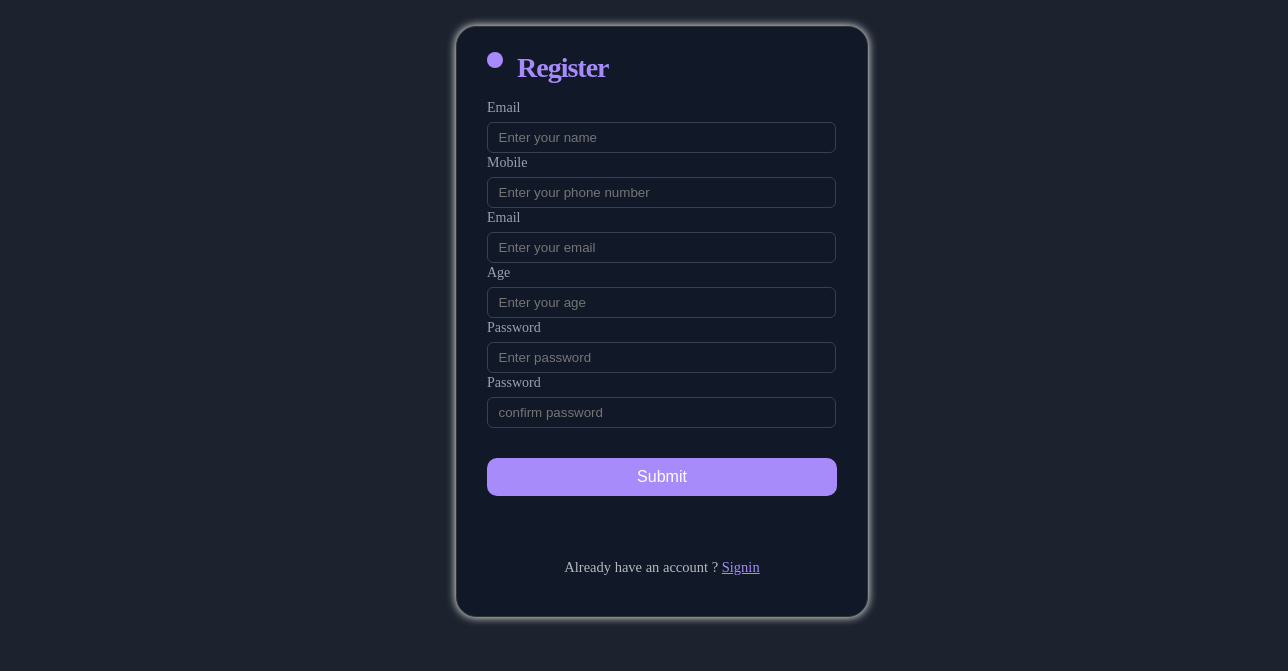
Repository: PeruriNaresh/Bank_Project
Page: http://localhost/bank_project/register.jsp
These files come from the project's save history. The page is drawn as it stood at one moment and after the next save; the edit follows.
The browser window is 1280 px wide. The page is 1288 px wide, then 1280 px, so the pictures cover 1288 px, including what lies to the right of the window. The pictures show the whole page.
The page is served by Tomcat 9.

Above is the page before, as saved 2024-10-24 17:16:01.

After the next save:
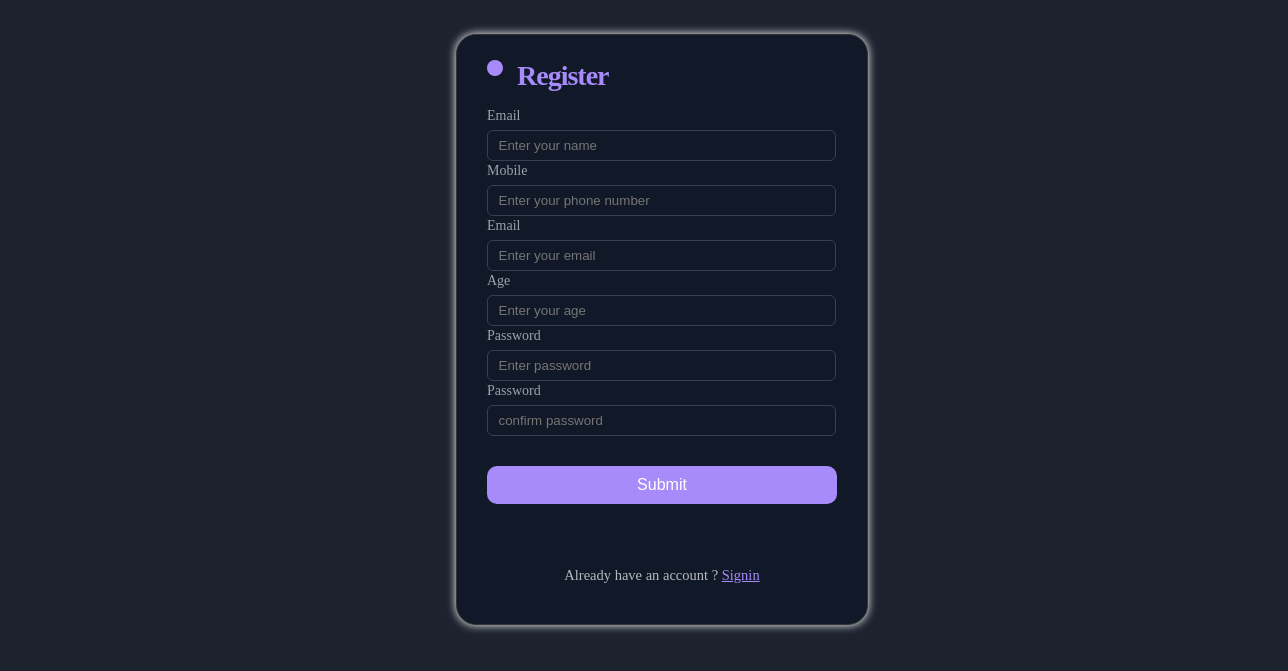
Saved 58 s later.
--- a/bank_project/src/main/webapp/register.jsp
+++ b/bank_project/src/main/webapp/register.jsp
@@ -28,6 +28,7 @@
         border: 1px solid #333;
         margin: 2% 35%;
         z-index:-1;
+        position: absolute;
         }
 
         .title {
@@ -159,6 +160,7 @@
         font-size: 16px;
         transform: .3s ease;
         background-color:  rgba(167, 139, 250, 1);
+        position:relative;
         }
 
         @keyframes pulse {
